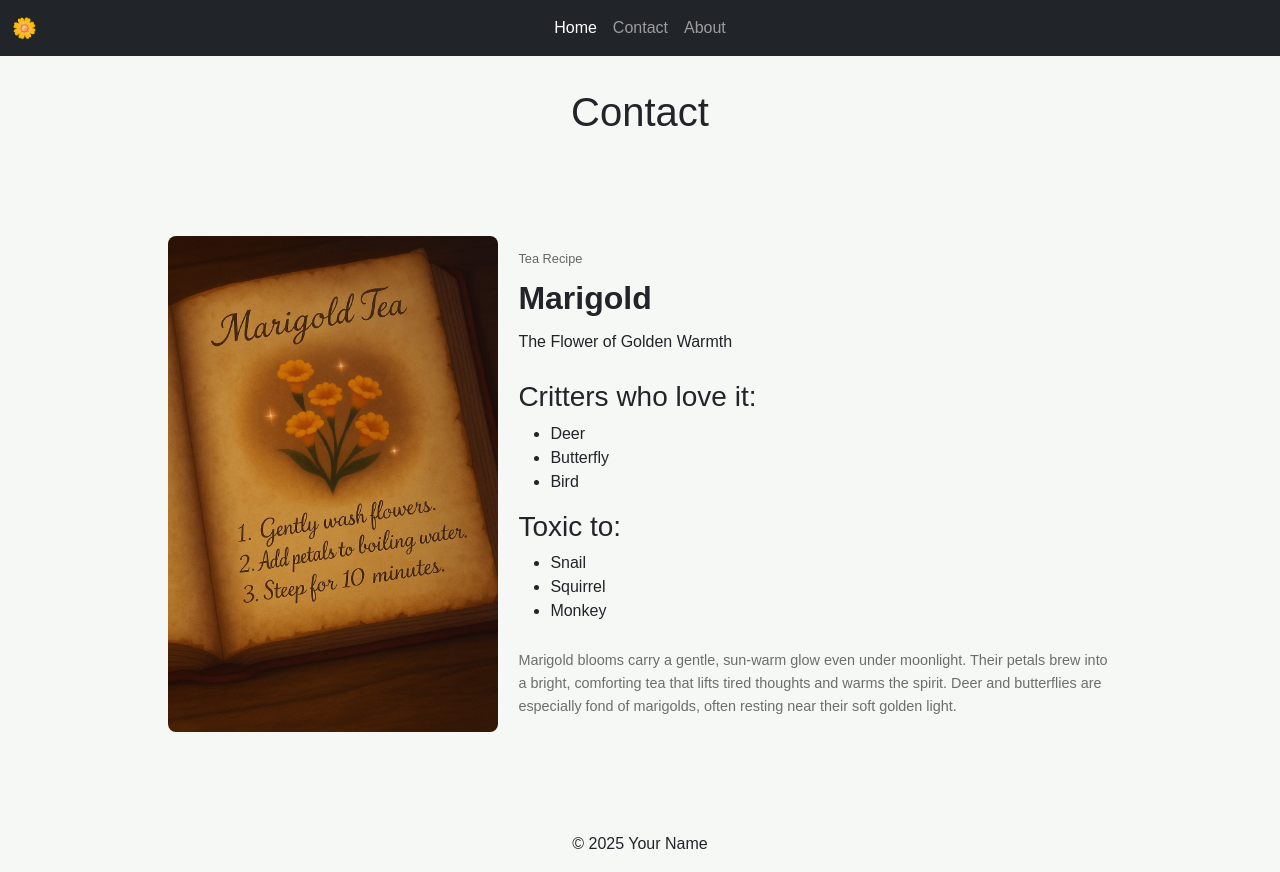
Repository: Brittany-Westlund/WebDesign
Page: FinalProject/contact.html
These files come from the project's save history. The page is drawn as it stood at one moment and after the next save; the edit follows.
The browser window is 1280 px wide. The pictures show the whole page.

Above is the page before, as saved 2025-12-02 20:27:11.

### FinalProject/contact.html
<!DOCTYPE html>
<html lang="en">
  <head>
    <meta charset="UTF-8">
    <meta name="viewport" content="width=device-width, initial-scale=1.0">
    <meta name="description" content="A personal website designed to showcase work, ideas, and personality.">
    <title>The title of the browser tab</title>
    <link href="https://cdn.jsdelivr.net/npm/bootstrap@5.3.0/dist/css/bootstrap.min.css" rel="stylesheet">
    <link rel="stylesheet" href="style/style.css">
    <link rel="icon" type="image/x-icon" href="images/favicon.ico">
  </head>
  <body>
   <nav class="navbar navbar-expand-lg sticky-top bg-dark" data-bs-theme="dark">
    <div class="container-fluid">
      <a class="navbar-brand" href="#">🌼</a>
        <button class="navbar-toggler ms-auto" type="button" data-bs-toggle="collapse" data-bs-target="#navbarSupportedContent" aria-controls="navbarSupportedContent" aria-expanded="false" aria-label="Toggle navigation">
          <span class="navbar-toggler-icon"></span>
    </button>
    <div class="collapse navbar-collapse" id="navbarSupportedContent">
    <ul class="navbar-nav mx-auto mb-2 mb-lg-0 align-items-end">
      <li class="nav-item">
        <a class="nav-link active" aria-current="page" href="index.html">Home</a>
      </li>
      <li class="nav-item">
        <a class="nav-link" href="contact.html">Contact</a>
      </li>
      <li class="nav-item">
        <a class="nav-link" href="about.html">About</a>
      </li> <!-- I added this entire list item to Bootstrap's default code. Add more if needed! -->
    </ul>
    </div>
  </div>
  </nav>
    <header>
      <h1>Contact</h1>
    </header>
    <main>

  <div class="blog-preview">

      <img src="images/TeaMarigoldRecipePage.png" alt="A marigold tea recipe page." class="recipe-image">

      <div class="blog-text">
          <p class="date">Tea Recipe</p>

          <h2 class="post-title">Marigold</h2>
          <p>The Flower of Golden Warmth</p>

          <div class="critters-section">
              <h3>Critters who love it:</h3>
              <ul class="critter-list">
                  <li>Deer</li>
                  <li>Butterfly</li>
                  <li>Bird</li>
              </ul>

              <h3>Toxic to:</h3>
              <ul class="critter-list toxic">
                  <li>Snail</li>
                  <li>Squirrel</li>
                  <li>Monkey</li>
              </ul>
          </div>

          <p class="post-preview">
              Marigold blooms carry a gentle, sun-warm glow even under moonlight. Their petals brew into a
              bright, comforting tea that lifts tired thoughts and warms the spirit. Deer and butterflies
              are especially fond of marigolds, often resting near their soft golden light.
          </p>
      </div>

  </div>



    </main>
    <footer>
      <p>&copy; <span id="year"></span> Your Name</p>

      <script>
      document.getElementById("year").textContent = new Date().getFullYear();
      </script>
    </footer>
    <script src="https://cdn.jsdelivr.net/npm/bootstrap@5.3.0/dist/js/bootstrap.bundle.min.js"></script>
  </body>
</html>

### FinalProject/style/style.css
.delius-regular {
  font-family: "Delius", cursive;
  font-weight: 400;
  font-style: normal;
}

body {
  background-color: #e3d6ec;
  margin: 0;
  font-family: "Delius", sans-serif;
}

.navbar-brand {
  position: absolute;
  top: 8px;
}

.carousel-item img {
  max-height: 680px;
  object-fit: cover;
  width: 100%;
}

header {
  text-align: center;
  margin-top: 2rem;
  margin-bottom: 1.5rem;
}

.gallery {
  display: grid;
  grid-template-columns: repeat(auto-fit, minmax(400px, 1fr));
  gap: 10px;
  margin: auto;
  padding: 10px;
}

.item {
  background-color: #fcf9ff;
  border-radius: 8px;
  aspect-ratio: 1 / 1;
  display: flex;
  justify-content: center;
}

.item img {
  padding: 0;
  width: 100%;
  height: auto; /* maintains the image's aspect ratio */
  display: block; /* clears any space after the image */
  border-radius: 8px;

}

.item p {
  text-align: center;
  display: flex;
  align-items: center;
}

footer {
  text-align: center;
}








body {
  background-color: #f5f8f4; /* a light sage-green tone */
}

.page-wrapper {
  max-width: 800px;
  margin: 0 auto;
  padding: 20px;
}

/* The featured section */
.featured-section {
  display: grid;
  grid-template-columns: 1fr 2fr;
  grid-template-rows: auto auto;
  gap: 10px;
  align-items: start;
}


.blog-preview {
  display: flex; /* activates Flexbox */
  flex-direction: row; /* aligns items in a row (default, but explicit is good) */
  align-items: center; /* vertically centers items within the row */
  gap: 20px; /* adds space between items */
  max-width: 80%; /* controls total width of the content block */
  margin: 80px auto; /* centers on page with top/bottom space */
  padding: 20px 40px; /* adds subtle inner space from edges */
}

.blog-preview img {
  width: 35%;      /* image takes up 45% of the total width of .blog-preview */
  height: auto;    /* keeps proportions correct */
  border-radius: 8px; /* optional, softens corners */
}

.blog-list {
  display: flex;
  flex-direction: column;
  gap: 10px;
  max-width: 100%;
}
.blog-text {
  display: flex;
  flex-direction: column; /* stacks each text element vertically */
  gap: 10px; /* adds consistent space between elements */
}
.date {
  font-family: Arial, Helvetica, sans-serif;
  font-size: 0.8rem;
  color: #666;
  margin: 0;
}

.post-title {
  font-family: Arial, Helvetica, sans-serif;
  font-size: 2rem;
  font-weight: 600;
  line-height: 1.3;
  margin: 0;
}

.post-preview {
  font-family: Arial, Helvetica, sans-serif;
  font-size: 0.9rem;
  color: #6d6d6d;
  line-height: 1.6;
  margin: 0;
}

.read-more {
  font-family: Arial, Helvetica, sans-serif;
  text-decoration: none;
  font-weight: bold;
  color: #8fafa7;
  margin-top: 10px;
}




.right-column {
  grid-column: 2;
  grid-row: 1 / 3; /* spans both rows — hero + cards */
  display: flex;
  flex-direction: column;
  gap: 20px;
}

.hero {
  grid-column: 2;
  grid-row: 1;
  max-height: 300px;
  overflow: hidden;
}

.hero img {
  width: 100%;
  height: auto;
  display: block;
}





.card-section {
  grid-column: 1 / 3; /* spans both columns */
  grid-row: 2;
  display: flex;
  gap: 10px;
}

.card {
  display: flex;
  flex-direction: column;
  flex: 1;
  gap: 10px;
  padding: 20px;
  background-color: gainsboro;
  max-width: 300px;
  width: 100%;
  margin-bottom: 20px;
}

.card img {
  width: 100%;
  height: auto;
  border-radius: 8px;
}




/* Compact blog previews ONLY inside the featured section */

.featured-section .blog-preview {
  max-width: 100% !important;
  margin: 0px 0 !important;
  padding: 10px 0 !important;   /* removes the 40px left/right padding */
  gap: 10px;
  width: 100%;
  box-sizing: border-box;
}

.featured-section .blog-preview img {
  width: 80px;
}

.featured-section .blog-text {
font-size: 0.6rem;
}

.featured-section .post-preview {
font-size: 0.6rem;
line-height: 1;
}

.featured-section .post-title {
font-size: 0.8rem;
line-height: 1;
}

.featured-section .date {
font-size: 0.5rem;
}

.featured-section .read-more {
margin-top: 0px !important;
}




.featured-section .card {
  height: 290px;
}

.featured-section .card h3 {
  font-size: 1rem;
  margin: 0 0;
}

.featured-section .card p {
  font-size: 0.8rem;
  margin-top: 5px;
}

/* End of featured section */












/* Start of Gallery section */

.gallery {
  display: grid;
  grid-template-columns: repeat(auto-fit, minmax(250px, 1fr));
  gap: 10px;
  margin: auto;
  padding: 10px;
}

.item {
  background-color: #eee8fb;
  border-radius: 8px;
  aspect-ratio: 1 / 1;
  display: flex;
  justify-content: center;
}

.item img {
  padding: 0;
  width: 100%;
  height: auto; /* maintains the image's aspect ratio */
  display: block; /* clears any space after the image */
  border-radius: 8px;

}

.item p {
  text-align: center;
  display: flex;
  align-items: center;
}

/* End of Gallery section */












/* The main footer container */

.footer {
  display: flex; /* Places all footer sections (icons + lists) side by side in a row */
  justify-content: space-between; /* Adds equal space between each section horizontally */
  align-items: flex-start; /* Aligns all sections to the top of the footer */
  background-color: #d5d0dd; /* Sets the footer’s background color */
  padding: 30px 100px; /* Adds space inside the footer: 30px top/bottom, 100px left/right */
  font-family: Arial, Helvetica, sans-serif; /* Sets the font for the entire footer */
}

.footer ul {
  list-style: none; /* Removes the default bullets from list items */
  padding: 0; /* Removes default padding inside the <ul> */
  margin: 0; /* Removes default margin outside the <ul> */
}

.footer li {
  margin-bottom: 6px; /* Adds a little space between each list item */
  font-size: 14px; /* Makes the text slightly smaller for a neat footer look */
}

.social-icons img {
  width: 22px; /* Sets consistent icon size */
  margin-right: 10px; /* Adds space between the icons */
  vertical-align: middle; /* Keeps icons visually aligned with any text nearby */
}



a:focus, button:focus, input:focus {
  outline: 2px solid #4a90e2;
  outline-offset: 2px;
}














@media (max-width: 600px) {
  /* Styles for mobile screens */
}

@media (min-width: 600px) and (max-width: 1024px) {
  /* Styles for tablets */
}

After the next save:
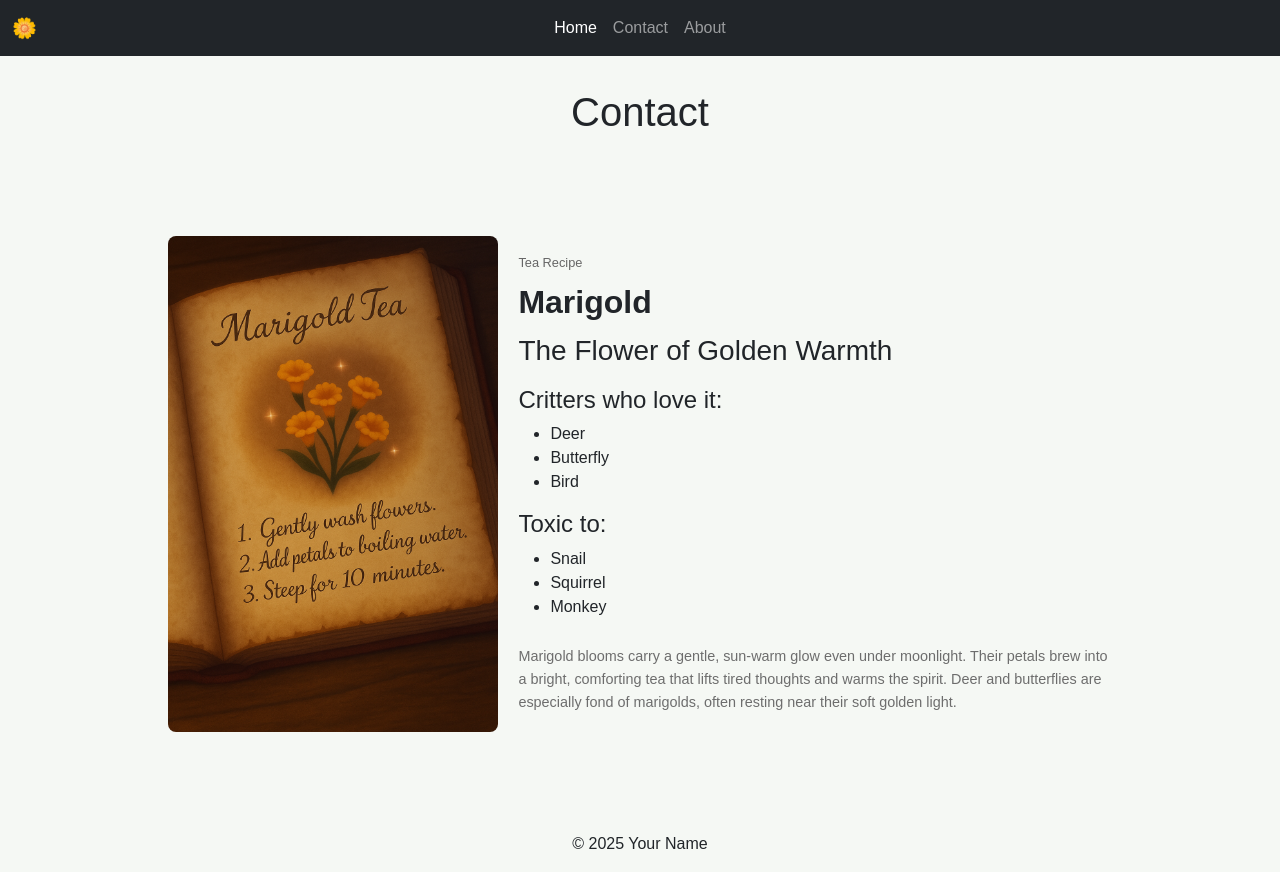
Saved 57 s later.
--- a/FinalProject/contact.html
+++ b/FinalProject/contact.html
@@ -44,17 +44,17 @@
           <p class="date">Tea Recipe</p>
 
           <h2 class="post-title">Marigold</h2>
-          <p>The Flower of Golden Warmth</p>
+          <h3>The Flower of Golden Warmth</h3>
 
           <div class="critters-section">
-              <h3>Critters who love it:</h3>
+              <h4>Critters who love it:</h4>
               <ul class="critter-list">
                   <li>Deer</li>
                   <li>Butterfly</li>
                   <li>Bird</li>
               </ul>
 
-              <h3>Toxic to:</h3>
+              <h4>Toxic to:</h4>
               <ul class="critter-list toxic">
                   <li>Snail</li>
                   <li>Squirrel</li>
